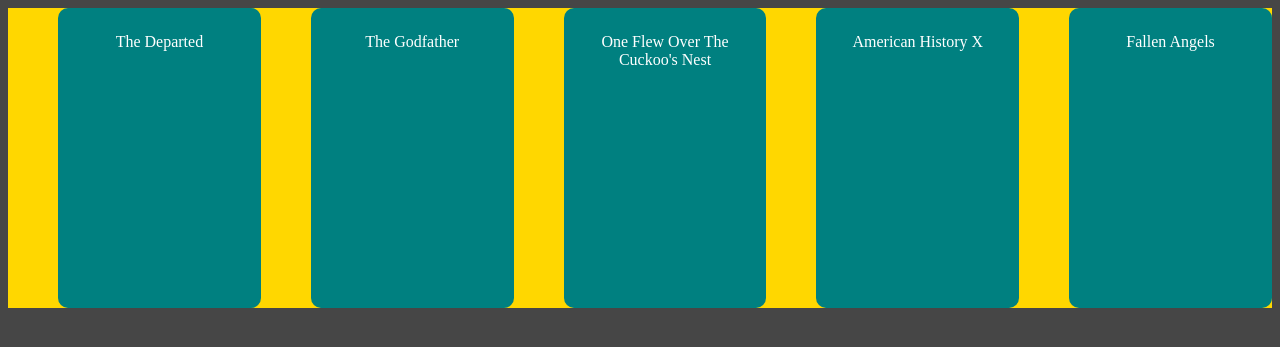
Repository: nishit47/merofilmrecs
Page: web_dev/tiles.html
The author's editor kept a copy of each file at every save. The page is drawn from the files as they stood at one save, then again after a run of saves.
The browser window is 1280 px wide. The pictures show the whole page.

Above is the page before, as saved 2021-10-06 15:11:00.

After the next 6 saves:
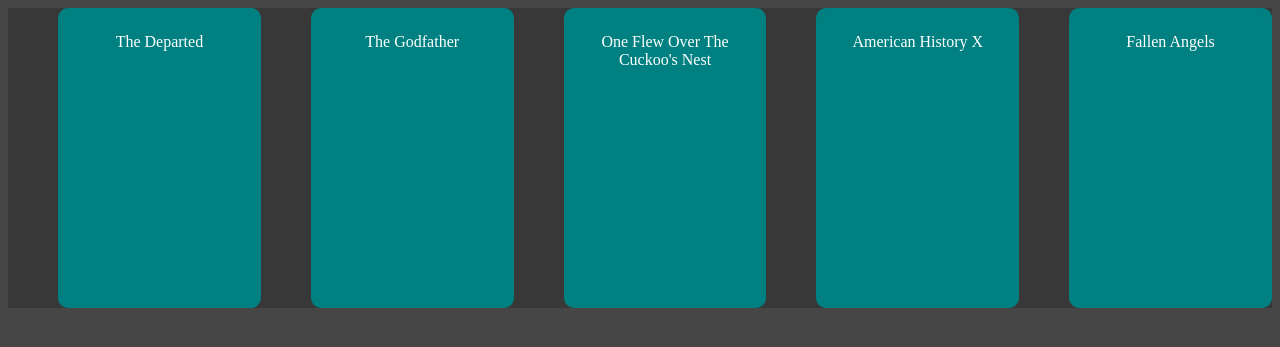
The 6 saves are shown as one change because they came seconds apart.
The last was saved 15 s later.
--- a/web_dev/tiles.html
+++ b/web_dev/tiles.html
@@ -11,7 +11,7 @@
     .movietiles{
         color: white;
         display: flex;
-        background-color:gold;
+        background-color: rgb(56,56,56);
     }
     .movieitem{
         width: 250px;
